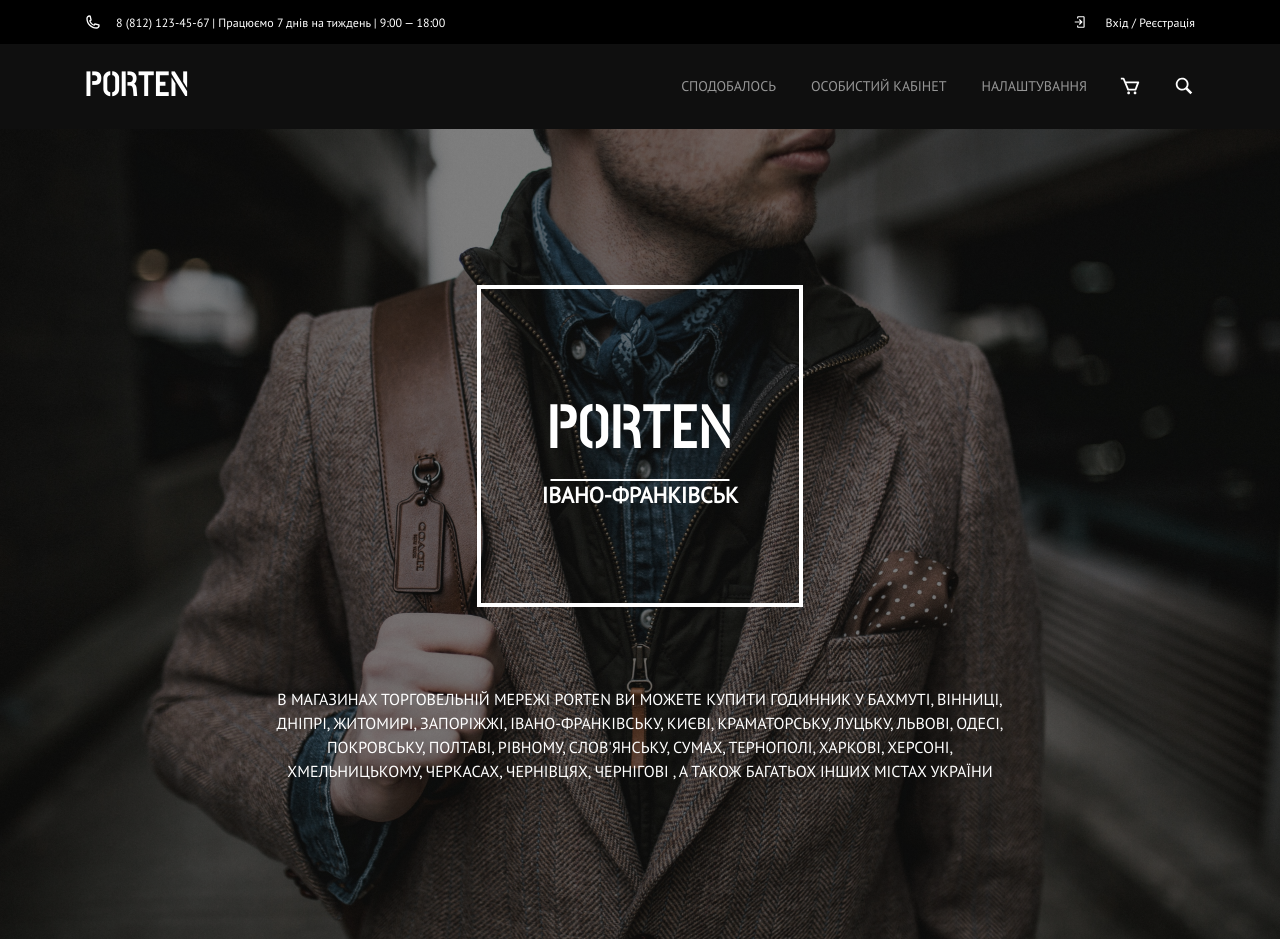
Repository: KYUUBI-K/porten
Page: index.html
These files come from the project's save history. The page is drawn as it stood at one moment and after the next save; the edit follows.
The browser window is 1280 px wide. The pictures show the whole page.

Above is the page before, as saved 2025-09-09 21:38:31.

After the next save:
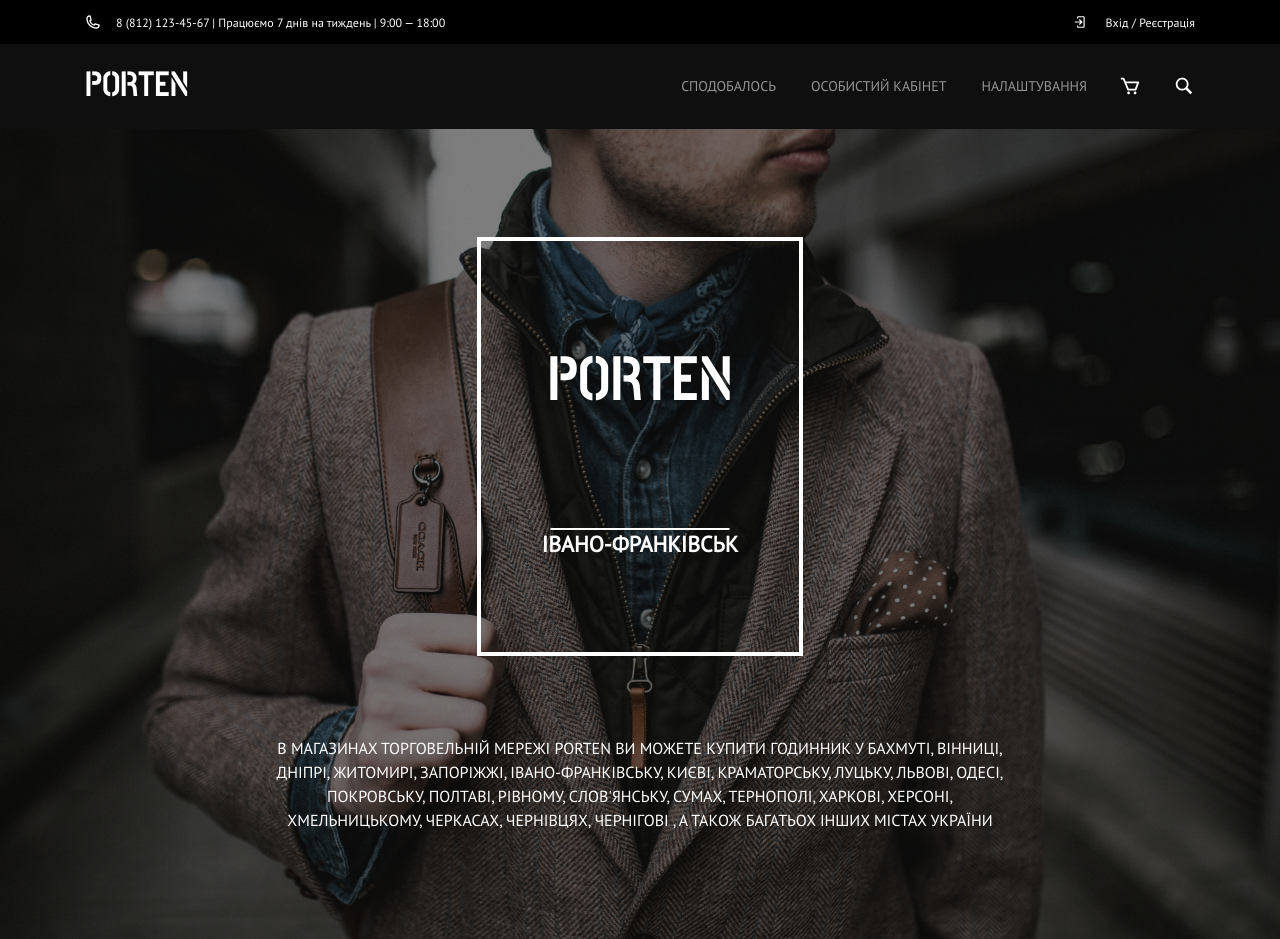
Saved 5 s later.
--- a/styles.css
+++ b/styles.css
@@ -150,7 +150,7 @@
   font-size: 64px;
   font-weight: 700;
   position: relative;
-  padding-bottom: 3px;
+  padding-bottom: 100px;
 }
 .banner-title::after {
   content: "";
